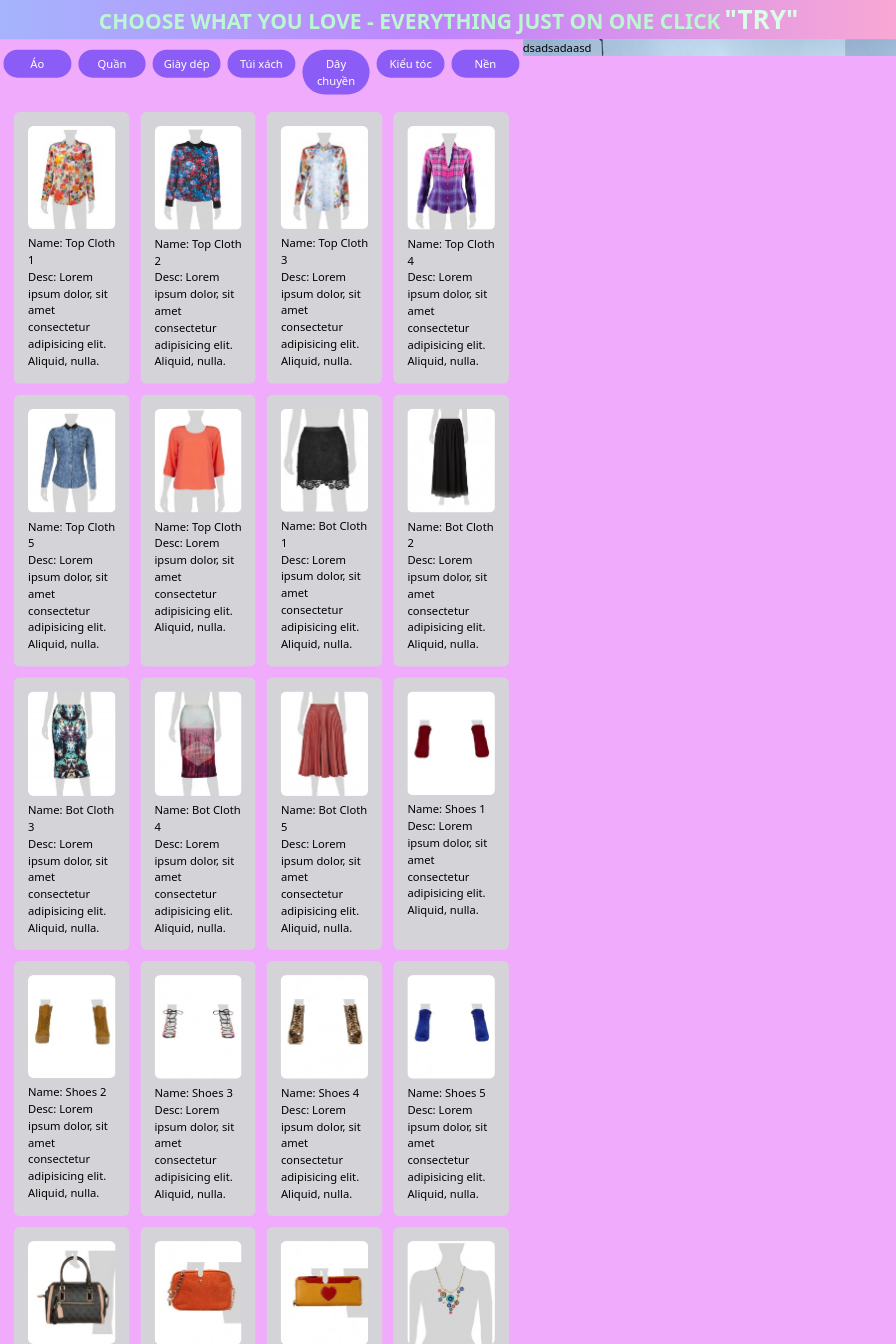
Repository: NguyenVietPhuQuy/ReactJs-TailWind-Redux-FunctionHook-ModelDesign
Page: / (app in modeldesign/)
The author's editor kept a copy of each file at every save. The page is drawn from the files as they stood at one save, then again after the next save.
The browser window is 1280 px wide. The pictures show the part of the page from y = 0 to 1920 px (the page is 3468 px tall), at 70% of full size.
The project was rebuilt for these pictures with package versions that can differ from the ones it lists, and the page was loaded fresh each time. Also part of the build but not shown: modeldesign/src/App.css, modeldesign/src/Components/Model.module.css.

Above is the page before, as saved 2022-11-17 16:31:26.

### modeldesign/public/index.html
<!DOCTYPE html>
<html lang="en">
  <head>
    <meta charset="utf-8" />
    <link rel="icon" href="%PUBLIC_URL%/favicon.ico" />
    <meta name="viewport" content="width=device-width, initial-scale=1" />
    <meta name="theme-color" content="#000000" />
    <meta
      name="description"
      content="Web site created using create-react-app"
    />
    <!--bootstrap-->
    <link rel="stylesheet" href="https://cdnjs.cloudflare.com/ajax/libs/bootstrap/5.2.2/js/bootstrap.min.js">
    <link rel="apple-touch-icon" href="%PUBLIC_URL%/logo192.png" />
    <!--
      manifest.json provides metadata used when your web app is installed on a
      user's mobile device or desktop. See https://developers.google.com/web/fundamentals/web-app-manifest/
    -->
    <link rel="manifest" href="%PUBLIC_URL%/manifest.json" />
    <!--
      Notice the use of %PUBLIC_URL% in the tags above.
      It will be replaced with the URL of the `public` folder during the build.
      Only files inside the `public` folder can be referenced from the HTML.

      Unlike "/favicon.ico" or "favicon.ico", "%PUBLIC_URL%/favicon.ico" will
      work correctly both with client-side routing and a non-root public URL.
      Learn how to configure a non-root public URL by running `npm run build`.
    -->
    <title>React App</title>
  </head>
  <body>
    <noscript>You need to enable JavaScript to run this app.</noscript>
    <div id="root"></div>
    <!--
      This HTML file is a template.
      If you open it directly in the browser, you will see an empty page.

      You can add webfonts, meta tags, or analytics to this file.
      The build step will place the bundled scripts into the <body> tag.

      To begin the development, run `npm start` or `yarn start`.
      To create a production bundle, use `npm run build` or `yarn build`.
    -->
  </body>
</html>

### modeldesign/src/index.js
import React from 'react';
import ReactDOM from 'react-dom/client';
import './index.css';
import App from './App';
import reportWebVitals from './reportWebVitals';
import {Provider} from 'react-redux'
import store from './Components/Reducer/Store';
const root = ReactDOM.createRoot(document.getElementById('root'));
root.render(
  <React.StrictMode>
    <Provider store ={store}>
    <App/>
    </Provider>
  </React.StrictMode>
);

// If you want to start measuring performance in your app, pass a function
// to log results (for example: reportWebVitals(console.log))
// or send to an analytics endpoint. Learn more: https://bit.ly/CRA-vitals
reportWebVitals();

### modeldesign/src/App.js
import React from 'react';
import './App.css';
import Home from './Components/Home.js'
function App() {
  return (
    <div>
      <Home/>
    </div>
  );
}

export default App;

### modeldesign/src/Components/Reducer/Store.js
import {createStore} from "redux"
import rootReducer from "./RootReducer"

const store = createStore(rootReducer,window.__REDUX_DEVTOOLS_EXTENSION__ && window.__REDUX_DEVTOOLS_EXTENSION__())
export default store

### modeldesign/src/Components/Home.js
import React from "react";
import Header from './Header.js'
import Category from "./Category.js";
import ProductList from "./ProductList.js";
import Model from "./Model.js";
function Home() {
    return (
        <div className="container mx-auto relative bg-fuchsia-300">
            <section className=
            " bg-gradient-to-r from-indigo-300 via-purple-400 to-pink-300 w-full ring-2 ring-transparent">
                    <Header/>
            </section>
            <section className="main flex flex-row">
                <div className="basis-7/12">
                    <Category/>
                    <ProductList/>
                </div>
                <div className="basis-5/12">
                    <Model />
                </div>
            </section>
        </div>
    )
}
export default Home

### modeldesign/src/Components/Reducer/RootReducer.js
import { combineReducers } from "redux";
import ProductReducer from './ProductReducer'
import CategoryReducer from './CategoryReducer'

const RootReducer = combineReducers({
    products: ProductReducer,
    categories: CategoryReducer,

})

export default RootReducer

### modeldesign/src/Components/Header.js
import React from "react";
import 'animate.css'
function Header(){
    return (
        <div className="text-center text-3xl p-2 font-semibold text-green-200 ">
            CHOOSE WHAT YOU LOVE - EVERYTHING JUST ON ONE CLICK <span className="text-green-100 font-bold text-4xl animate__animated animate__pulse animate__infinite inline-block">"TRY" </span>
        </div>
    )
}
export default Header

### modeldesign/src/Components/Category.js
import React from "react";
import { useSelector } from 'react-redux'


function Category(props) {
    const returnValue = useSelector(state => state.categories.category)
    return (
        <div className=" flex flex-row w-full">
            {returnValue.map((item) => {
                return (
                    <div key={item.tabName}className="w-1/2" style={{marginTop: 10, padding:5}}>
                        <button className="p-2 w-full rounded-full text-white hover:text-pink-100
                         bg-violet-500 hover:bg-violet-600 active:bg-violet-700 focus:outline-none
                         ease-in duration-200"
                         style={{ outline:"none",border: "none"}} >
                            {item.showName}
                        </button>
                    </div>
                )
            })}
        </div>
    )
}

export default Category

### modeldesign/src/Components/ProductList.js
import React from "react";
import { useSelector } from "react-redux";
function ProductList() {
    const productList = useSelector(state => state.products.product)
    console.log(productList)
    return (
        <div className="grid grid-cols-4 gap-4 m-5 text-left">
            {productList.map(item => {
                return (
                    <div className="card hover:bg-zinc-400  bg-zinc-300 rounded-lg p-5 ease-in duration-100">
                        <img alt="" src={item.imgSrc_jpg}  className="rounded-lg flex-shrink-0 w-full"></img>
                        <div className="mt-2">
                        <span style={{display:"block"}}>Name: {item.name}</span>
                        <span style={{display:"block"}}>Desc: {item.desc}</span>
                        </div>
                    </div>
                )
            })}
        </div>)
}
export default ProductList

### modeldesign/src/Components/Model.js
import React from "react";
import './Model.module.css'
function Model(){
    return(
      <div className="contain w-full" style={{ backgroundImage: `url(/images/background/background1.jpg)` }}>dsadsadaasd
        <div className="body" style={{ backgroundImage: "url(images/allbody/bodynew.png)" }} />
        <div className="model" style={{ backgroundImage: "url(images/model/1000new.png)" }} />
        <div className="bikinitop" style={{ backgroundImage: `url(/images/allbody/bikini_bra.png)` }} />
        <div className="bikinitop top-cloth" style={{ backgroundImage: `url(/images/clothes/topcloth1.png)` }} />
        <div className="bikinibottom" style={{ backgroundImage: "url(images/allbody/bikini_pantsnew.png)" }} />
        <div className="bikinitop bot-cloth" style={{ backgroundImage: `url(modeldesign/public/images/clothes/botcloth3.png)` }} />
        <div className="feetleft" style={{ backgroundImage: "url(images/allbody/feet_high_leftnew.png)" }} />
        <div className="feetright" style={{ backgroundImage: "url(images/allbody/feet_high_rightnew.png)" }} />
        <div className="shoes" style={{ backgroundImage: `url(modeldesign/public/images/shoes/shoes1.png)` }} />
      </div>)
}
export default Model

### modeldesign/src/Components/Reducer/ProductReducer.js

const initialState = {
    product: [{
        id: 'topcloth_1',
        type: "topclothes",
        name: "Top Cloth 1",
        desc: "Lorem ipsum dolor, sit amet consectetur adipisicing elit. Aliquid, nulla.",
        imgSrc_jpg: 'images/clothes/topcloth1_show.jpg',
        imgSrc_png: 'images/clothes/topcloth1.png',
    },
    {
        id: 'topcloth_2',
        type: "topclothes",
        name: "Top Cloth 2",
        desc: "Lorem ipsum dolor, sit amet consectetur adipisicing elit. Aliquid, nulla.",
        imgSrc_jpg: 'images/clothes/topcloth2_show.jpg',
        imgSrc_png: 'images/clothes/topcloth2.png',
    },
    {
        id: 'topcloth_3',
        type: "topclothes",
        name: "Top Cloth 3",
        desc: "Lorem ipsum dolor, sit amet consectetur adipisicing elit. Aliquid, nulla.",
        imgSrc_jpg: 'images/clothes/topcloth3_show.jpg',
        imgSrc_png: 'images/clothes/topcloth3.png',
    },
    {
        id: 'topcloth_4',
        type: "topclothes",
        name: "Top Cloth 4",
        desc: "Lorem ipsum dolor, sit amet consectetur adipisicing elit. Aliquid, nulla.",
        imgSrc_jpg: 'images/clothes/topcloth4_show.jpg',
        imgSrc_png: 'images/clothes/topcloth4.png',
    },
    {
        id: 'topcloth_5',
        type: "topclothes",
        name: "Top Cloth 5",
        desc: "Lorem ipsum dolor, sit amet consectetur adipisicing elit. Aliquid, nulla.",
        imgSrc_jpg: 'images/clothes/topcloth5_show.jpg',
        imgSrc_png: 'images/clothes/topcloth5.png',
    },
    {
        id: 'topcloth_6',
        type: "topclothes",
        name: "Top Cloth ",
        desc: "Lorem ipsum dolor, sit amet consectetur adipisicing elit. Aliquid, nulla.",
        imgSrc_jpg: 'images/clothes/topcloth6_show.jpg',
        imgSrc_png: 'images/clothes/topcloth6.png',
    },

    // Both clothes
    {
        id: 'botcloth_1',
        type: "botclothes",
        name: "Bot Cloth 1",
        desc: "Lorem ipsum dolor, sit amet consectetur adipisicing elit. Aliquid, nulla.",
        imgSrc_jpg: 'images/clothes/botcloth1_show.jpg',
        imgSrc_png: 'images/clothes/botcloth1.png',
    },
    {
        id: 'botcloth_2',
        type: "botclothes",
        name: "Bot Cloth 2",
        desc: "Lorem ipsum dolor, sit amet consectetur adipisicing elit. Aliquid, nulla.",
        imgSrc_jpg: 'images/clothes/botcloth2_show.jpg',
        imgSrc_png: 'images/clothes/botcloth2.png',
    },
    {
        id: 'botcloth_3',
        type: "botclothes",
        name: "Bot Cloth 3",
        desc: "Lorem ipsum dolor, sit amet consectetur adipisicing elit. Aliquid, nulla.",
        imgSrc_jpg: 'images/clothes/botcloth3_show.jpg',
        imgSrc_png: 'images/clothes/botcloth3.png',
    },
    {
        id: 'botcloth_4',
        type: "botclothes",
        name: "Bot Cloth 4",
        desc: "Lorem ipsum dolor, sit amet consectetur adipisicing elit. Aliquid, nulla.",
        imgSrc_jpg: 'images/clothes/botcloth4_show.jpg',
        imgSrc_png: 'images/clothes/botcloth4.png',
    },
    {
        id: 'botcloth_5',
        type: "botclothes",
        name: "Bot Cloth 5",
        desc: "Lorem ipsum dolor, sit amet consectetur adipisicing elit. Aliquid, nulla.",
        imgSrc_jpg: 'images/clothes/botcloth5_show.jpg',
        imgSrc_png: 'images/clothes/botcloth5.png',
    },

    // Shoes
    {
        id: 'shoes_1',
        type: "shoes",
        name: "Shoes 1",
        desc: "Lorem ipsum dolor, sit amet consectetur adipisicing elit. Aliquid, nulla.",
        imgSrc_jpg: 'images/shoes/shoes1_show.jpg',
        imgSrc_png: 'images/shoes/shoes1.png',
    },
    {
        id: 'shoes_2',
        type: "shoes",
        name: "Shoes 2",
        desc: "Lorem ipsum dolor, sit amet consectetur adipisicing elit. Aliquid, nulla.",
        imgSrc_jpg: 'images/shoes/shoes2_show.jpg',
        imgSrc_png: 'images/shoes/shoes2.png',
    },
    {
        id: 'shoes_3',
        type: "shoes",
        name: "Shoes 3",
        desc: "Lorem ipsum dolor, sit amet consectetur adipisicing elit. Aliquid, nulla.",
        imgSrc_jpg: 'images/shoes/shoes3_show.jpg',
        imgSrc_png: 'images/shoes/shoes3.png',
    },
    {
        id: 'shoes_4',
        type: "shoes",
        name: "Shoes 4",
        desc: "Lorem ipsum dolor, sit amet consectetur adipisicing elit. Aliquid, nulla.",
        imgSrc_jpg: 'images/shoes/shoes4_show.jpg',
        imgSrc_png: 'images/shoes/shoes4.png',
    },
    {
        id: 'shoes_5',
        type: "shoes",
        name: "Shoes 5",
        desc: "Lorem ipsum dolor, sit amet consectetur adipisicing elit. Aliquid, nulla.",
        imgSrc_jpg: 'images/shoes/shoes5_show.jpg',
        imgSrc_png: 'images/shoes/shoes5.png',
    },

    // Handbags
    {
        id: 'handbag_1',
        type: "handbags",
        name: "Handbag 1",
        desc: "Lorem ipsum dolor, sit amet consectetur adipisicing elit. Aliquid, nulla.",
        imgSrc_jpg: 'images/handbags/handbag1_show.jpg',
        imgSrc_png: 'images/handbags/handbag1.png',
    },
    {
        id: 'handbag_2',
        type: "handbags",
        name: "Handbag 2",
        desc: "Lorem ipsum dolor, sit amet consectetur adipisicing elit. Aliquid, nulla.",
        imgSrc_jpg: 'images/handbags/handbag2_show.jpg',
        imgSrc_png: 'images/handbags/handbag2.png',
    },
    {
        id: 'handbag_3',
        type: "handbags",
        name: "Handbag 3",
        desc: "Lorem ipsum dolor, sit amet consectetur adipisicing elit. Aliquid, nulla.",
        imgSrc_jpg: 'images/handbags/handbag3_show.jpg',
        imgSrc_png: 'images/handbags/handbag3.png',
    },

    // Necklaces
    {
        id: 'necklace_1',
        type: "necklaces",
        name: "Necklace 1",
        desc: "Lorem ipsum dolor, sit amet consectetur adipisicing elit. Aliquid, nulla.",
        imgSrc_jpg: 'images/necklaces/necklace1_show.jpg',
        imgSrc_png: 'images/necklaces/necklace1.png',
    },
    {
        id: 'necklace_2',
        type: "necklaces",
        name: "Necklace 2",
        desc: "Lorem ipsum dolor, sit amet consectetur adipisicing elit. Aliquid, nulla.",
        imgSrc_jpg: 'images/necklaces/necklace2_show.jpg',
        imgSrc_png: 'images/necklaces/necklace2.png',
    },
    {
        id: 'necklace_3',
        type: "necklaces",
        name: "Necklace 3",
        desc: "Lorem ipsum dolor, sit amet consectetur adipisicing elit. Aliquid, nulla.",
        imgSrc_jpg: 'images/necklaces/necklace3_show.jpg',
        imgSrc_png: 'images/necklaces/necklace3.png',
    },

    // Hairstyle
    {
        id: 'hairstyle_1',
        type: "hairstyle",
        name: "Hairstyle 1",
        desc: "Lorem ipsum dolor, sit amet consectetur adipisicing elit. Aliquid, nulla.",
        imgSrc_jpg: 'images/hairstyle/hairstyle1_show.jpg',
        imgSrc_png: 'images/hairstyle/hairstyle1.png',
    },
    {
        id: 'hairstyle_2',
        type: "hairstyle",
        name: "Hairstyle 2",
        desc: "Lorem ipsum dolor, sit amet consectetur adipisicing elit. Aliquid, nulla.",
        imgSrc_jpg: 'images/hairstyle/hairstyle2_show.jpg',
        imgSrc_png: 'images/hairstyle/hairstyle2.png',
    },
    {
        id: 'hairstyle_3',
        type: "hairstyle",
        name: "Hairstyle 3",
        desc: "Lorem ipsum dolor, sit amet consectetur adipisicing elit. Aliquid, nulla.",
        imgSrc_jpg: 'images/hairstyle/hairstyle3_show.jpg',
        imgSrc_png: 'images/hairstyle/hairstyle3.png',
    },

    // Background
    {
        id: 'background_1',
        type: "background",
        name: "Background 1",
        desc: "Lorem ipsum dolor, sit amet consectetur adipisicing elit. Aliquid, nulla.",
        imgSrc_jpg: 'images/background/background1_show.jpg',
        imgSrc_png: 'images/background/background1.jpg',
    },
    {
        id: 'background_2',
        type: "background",
        name: "Background 2",
        desc: "Lorem ipsum dolor, sit amet consectetur adipisicing elit. Aliquid, nulla.",
        imgSrc_jpg: 'images/background/background2_show.jpg',
        imgSrc_png: 'images/background/background2.jpg',
    },
    {
        id: 'background_3',
        type: "background",
        name: "Background 3",
        desc: "Lorem ipsum dolor, sit amet consectetur adipisicing elit. Aliquid, nulla.",
        imgSrc_jpg: 'images/background/background3_show.jpg',
        imgSrc_png: 'images/background/background3.jpg',
    },
    {
        id: 'background_4',
        type: "background",
        name: "Background 4",
        desc: "Lorem ipsum dolor, sit amet consectetur adipisicing elit. Aliquid, nulla.",
        imgSrc_jpg: 'images/background/background4_show.jpg',
        imgSrc_png: 'images/background/background4.jpg',
    },
    {
        id: 'background_5',
        type: "background",
        name: "Background 5",
        desc: "Lorem ipsum dolor, sit amet consectetur adipisicing elit. Aliquid, nulla.",
        imgSrc_jpg: 'images/background/background5_show.jpg',
        imgSrc_png: 'images/background/background5.jpg',
    },
    {
        id: 'background_6',
        type: "background",
        name: "Background 6",
        desc: "Lorem ipsum dolor, sit amet consectetur adipisicing elit. Aliquid, nulla.",
        imgSrc_jpg: 'images/background/background6_show.jpg',
        imgSrc_png: 'images/background/background6.jpg',
    },
    {
        id: 'background_7',
        type: "background",
        name: "Background 7",
        desc: "Lorem ipsum dolor, sit amet consectetur adipisicing elit. Aliquid, nulla.",
        imgSrc_jpg: 'images/background/background7_show.jpg',
        imgSrc_png: 'images/background/background7.jpg',
    },
    ],
}
const ProductReducer = (state = initialState) => {
    return state
}

export default ProductReducer

### modeldesign/src/Components/Reducer/CategoryReducer.js
const initialState ={
    category: [
        { tabName: 'tabTopClothes', showName: 'Áo', type: 'topclothes' },
        { tabName: 'tabBotClothes', showName: 'Quần', type: 'botclothes' },
        { tabName: 'tabShoes', showName: 'Giày dép', type: 'shoes' },
        { tabName: 'tabHandBags', showName: 'Túi xách', type: 'handbags' },
        { tabName: 'tabNecklaces', showName: 'Dây chuyền', type: 'necklaces' },
        { tabName: 'tabHairStyle', showName: 'Kiểu tóc', type: 'hairstyle' },
        { tabName: 'tabBackground', showName: 'Nền', type: 'background' }
    ]
}
const CategoryReducer = (state=initialState) =>{
    return state
}
export default CategoryReducer

Loaded but not shown: modeldesign/src/index.css (common file); modeldesign/src/reportWebVitals.js (common file); modeldesign/tailwind.config.js (common file)

After the next save:
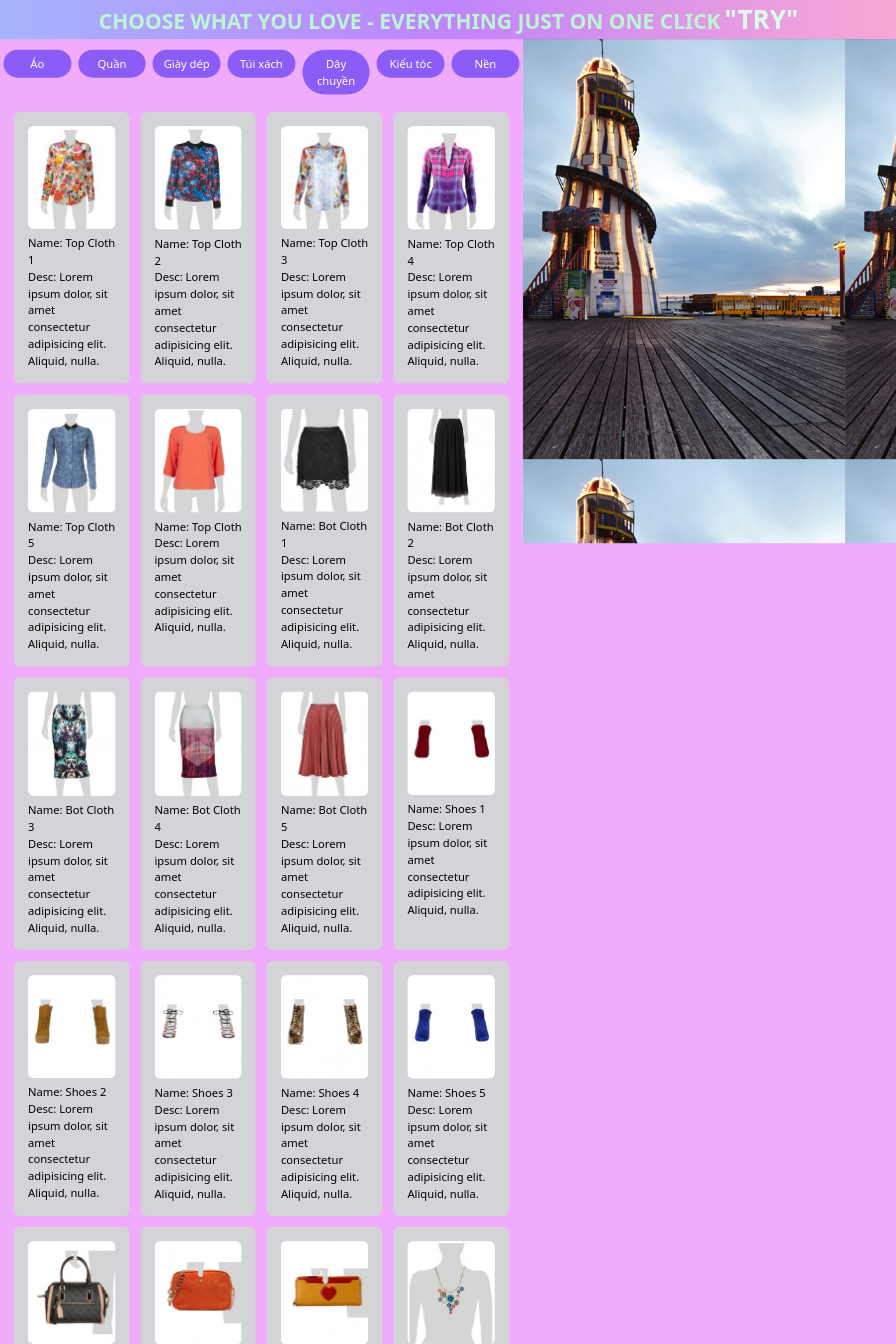
Saved 45 s later.
--- a/modeldesign/src/Components/Model.js
+++ b/modeldesign/src/Components/Model.js
@@ -2,7 +2,7 @@
 import './Model.module.css'
 function Model(){
     return(
-      <div className="contain w-full" style={{ backgroundImage: `url(/images/background/background1.jpg)` }}>dsadsadaasd
+      <div className="contain w-full" style={{ backgroundImage: `url(/images/background/background1.jpg)`,height:"100vh" }}>
         <div className="body" style={{ backgroundImage: "url(images/allbody/bodynew.png)" }} />
         <div className="model" style={{ backgroundImage: "url(images/model/1000new.png)" }} />
         <div className="bikinitop" style={{ backgroundImage: `url(/images/allbody/bikini_bra.png)` }} />

After the save that followed:
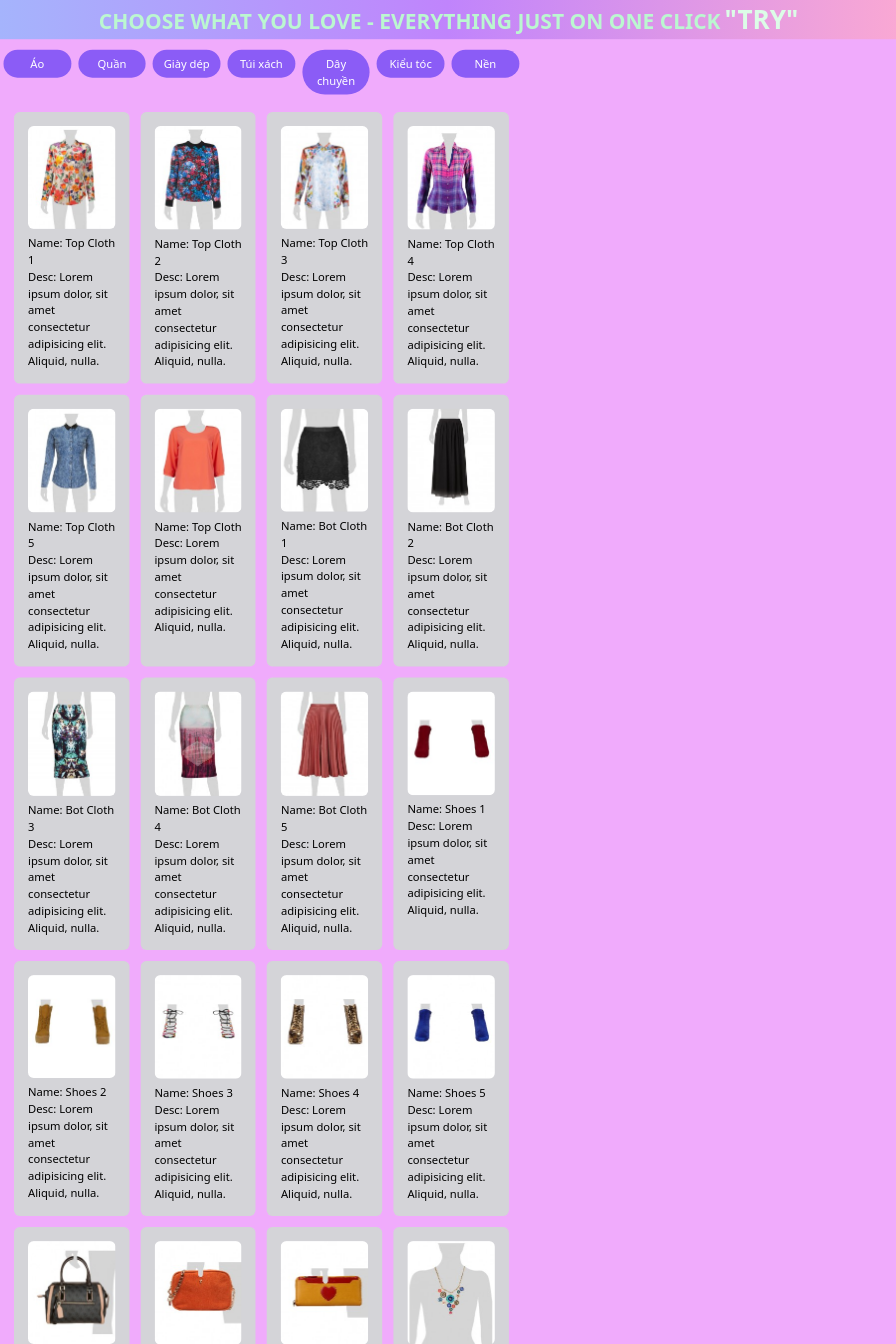
Saved 16 s later.
--- a/modeldesign/src/Components/Model.js
+++ b/modeldesign/src/Components/Model.js
@@ -2,7 +2,7 @@
 import './Model.module.css'
 function Model(){
     return(
-      <div className="contain w-full" style={{ backgroundImage: `url(/images/background/background1.jpg)`,height:"100vh" }}>
+      <div className="contain w-full" style={{ backgroundImage: `url(/images/background/background1.jpg)`,height:"1200" }}>
         <div className="body" style={{ backgroundImage: "url(images/allbody/bodynew.png)" }} />
         <div className="model" style={{ backgroundImage: "url(images/model/1000new.png)" }} />
         <div className="bikinitop" style={{ backgroundImage: `url(/images/allbody/bikini_bra.png)` }} />
